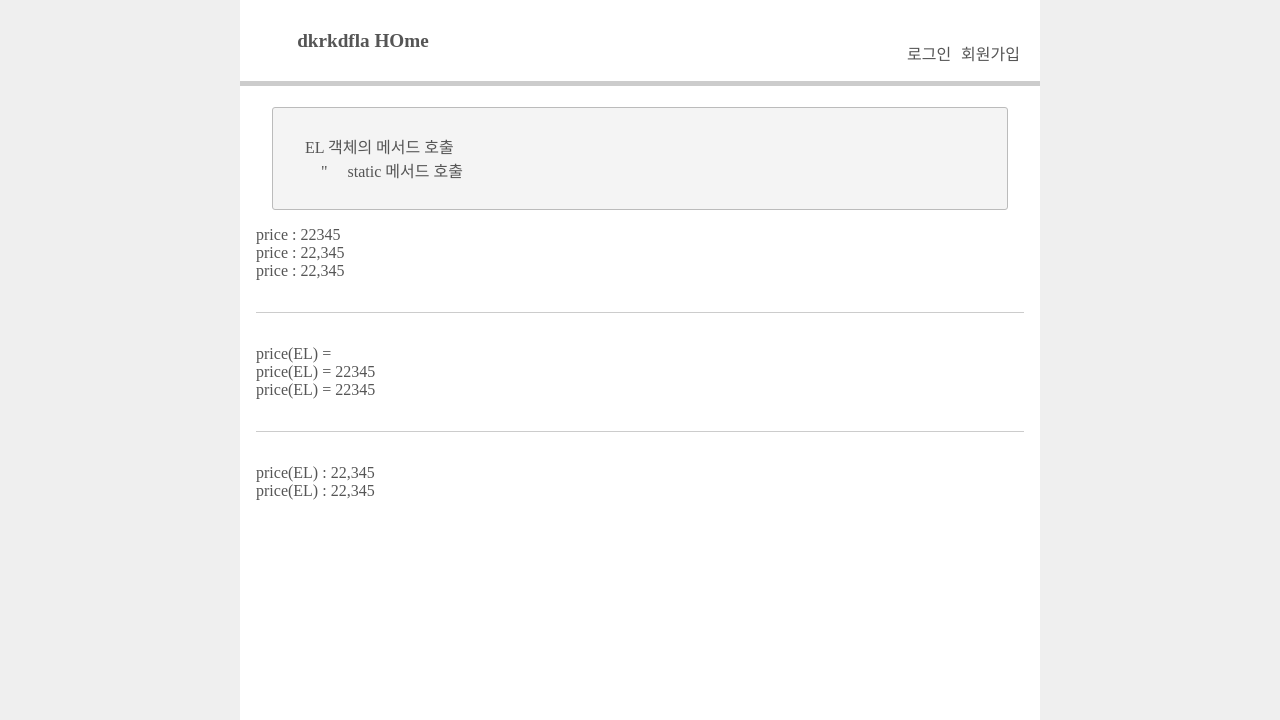
Repository: Dusajang/JSPClass
Page: http://localhost/jspPro/days08/ex01_05.jsp
These files come from the project's save history. The page is drawn as it stood at one moment and after the next save; the edit follows.
The browser window is 1280 px wide. The pictures show the whole page.
Some web fonts or font styles are not loaded; a fallback is used. The page is served by Tomcat 9.

Above is the page before, as saved 2024-10-24 03:19:36.

After the next save:
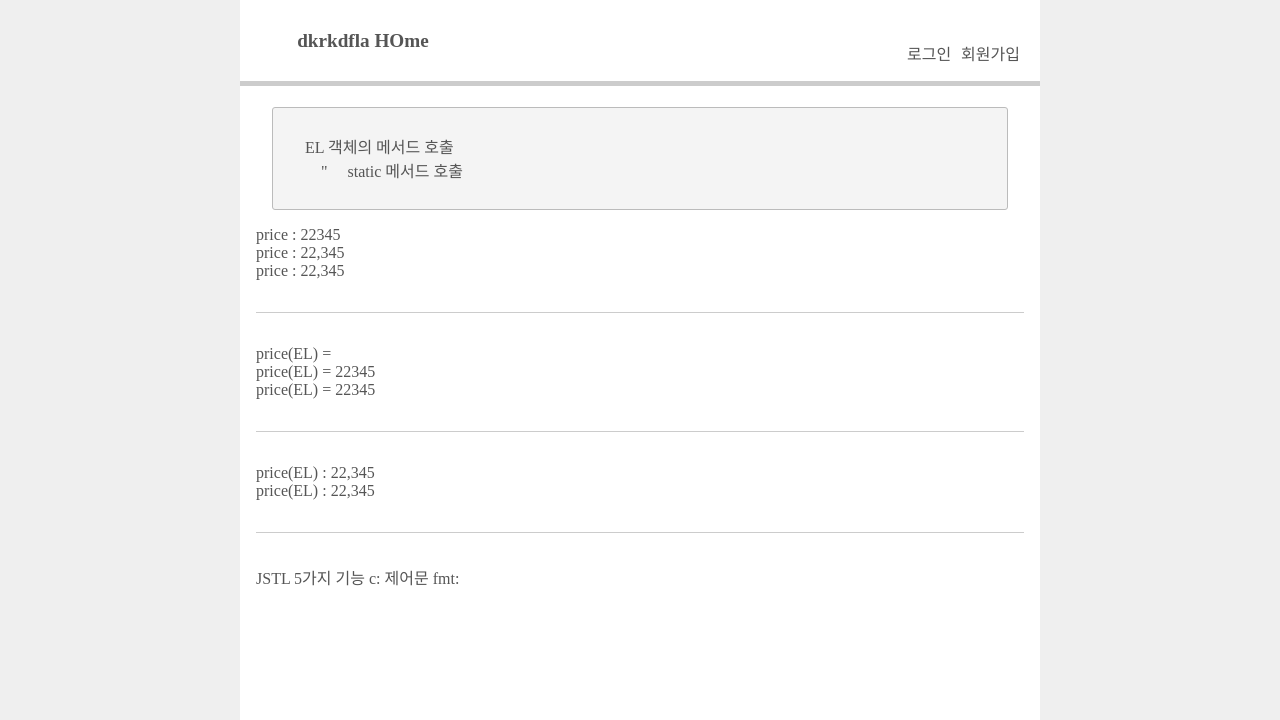
Saved 48 s later.
--- a/jspPro/src/main/webapp/days08/ex01_05.jsp
+++ b/jspPro/src/main/webapp/days08/ex01_05.jsp
@@ -65,6 +65,11 @@
 %>
 	price(EL) : ${f.number(price, "#,##0")}<br>
 	price(EL) : ${FormatUtil.staticNumber(price, "#,##0")}<br>
+
+	<hr>
+	JSTL 5가지 기능
+		c:  제어문
+	   fmt:
 </div>
 </body>
 </html>
